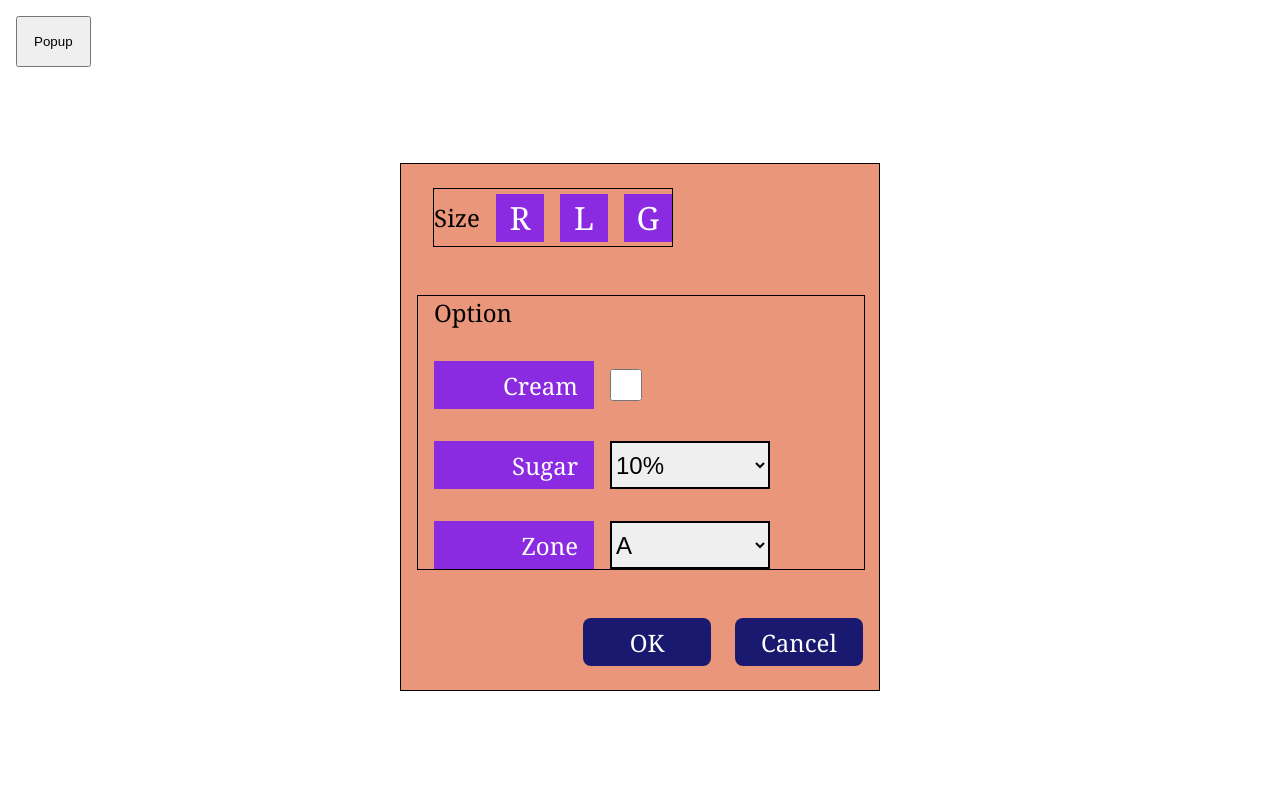
Repository: Dapravith/Midterm-SE-GIC-Cafe-Project-Group16
Page: src/main/resources/templates/PopupDrink.html
The author's editor kept a copy of each file at every save. The page is drawn from the files as they stood at one save, then again after the next save.
The browser window is 1280 px wide. The pictures show the whole page.
Some web fonts or font styles are not loaded; a fallback is used.

Above is the page before, as saved 2023-05-12 14:49:28.

### src/main/resources/templates/PopupDrink.html
<!DOCTYPE html>
<html lang="en">
  <head>
    <meta charset="UTF-8" />
    <meta http-equiv="X-UA-Compatible" content="IE=edge" />
    <meta name="viewport" content="width=device-width, initial-scale=1.0" />
    <title>Popup Drink</title>
    <style>
      @import url("https://fonts.googleapis.com/css2?family=Rubik:wght@300&display=swap");
      * {
        margin: 0;
        padding: 0;
        box-sizing: border-box;
      }

      body {
        font-family: "Georgia", sans-serif;
      }

      button {
        padding: 1rem;
        margin: 1rem 0 0 1rem;
      }

      .main_wrapper {
        height: 100vh;
        display: flex;
        justify-content: center;
        align-items: center;
      }
      .main_wrapper .wrapper_box {
        width: 30rem;
        height: 33rem;
        border: 1px solid black;
        display: flex;
        justify-content: flex-start;
        flex-direction: column;
        background-color: rgb(233, 150, 122);
      }
      .main_wrapper .wrapper_box .size_box {
        width: 15rem;
        height: 8rem;
        margin-top: 1.5rem;
        display: flex;
        justify-content: center;
        align-items: center;
        gap: 1rem;
        border: 1px solid black;
        margin-left: 2rem;
      }
      .main_wrapper .wrapper_box .size_box .size_text {
        font-size: 1.5rem;
      }
      .main_wrapper .wrapper_box .size_box .box {
        width: 3rem;
        height: 3rem;
        background-color: blueviolet;
        display: flex;
        justify-content: center;
        align-items: center;
        font-size: 2rem;
        color: white;
      }
      .main_wrapper .wrapper_box .size_box .box:hover {
        background-color: orange;
      }
      .main_wrapper .wrapper_box .option_box {
        width: 28rem;
        font-size: 1.5rem;
        border: 1px solid black;
        margin-left: 1rem;
        margin-top: 3rem;
        display: flex;
        justify-content: center;
        flex-direction: column;
      }
      .main_wrapper .wrapper_box .option_box .option_text {
        font-size: 1.5rem;
        margin-left: 1rem;
      }
      .main_wrapper .wrapper_box .option_box .box_ {
        width: 10rem;
        height: 3rem;
        background-color: blueviolet;
        color: white;
        display: flex;
        justify-content: flex-end;
        align-items: center;
      }
      .main_wrapper .wrapper_box .option_box .box_ span {
        margin-right: 1rem;
      }
      .main_wrapper .wrapper_box .option_box .row1 {
        margin-left: 1rem;
        display: flex;
        gap: 1rem;
        margin-top: 2rem;
        align-items: center;
      }
      .main_wrapper .wrapper_box .option_box .row1 input {
        width: 2rem;
        height: 3rem;
        border: 2px solid black;
        display: flex;
        align-items: center;
      }
      .main_wrapper .wrapper_box .option_box .row2 {
        display: flex;
        gap: 1rem;
        margin-top: 2rem;
        align-items: center;
        margin-left: 1rem;
      }
      .main_wrapper .wrapper_box .option_box .row2 select {
        width: 10rem;
        height: 3rem;
        border: 2px solid black;
        display: flex;
        justify-content: center;
        align-items: center;
        font-size: 1.5rem;
      }
      .main_wrapper .wrapper_box .option_box .row3 {
        display: flex;
        gap: 1rem;
        margin-top: 2rem;
        align-items: center;
        margin-left: 1rem;
      }
      .main_wrapper .wrapper_box .option_box .row3 select {
        width: 10rem;
        height: 3rem;
        border: 2px solid black;
        display: flex;
        justify-content: center;
        align-items: center;
        font-size: 1.5rem;
      }
      .main_wrapper .wrapper_box .button {
        display: flex;
        justify-content: flex-end;
        gap: 1.5rem;
        margin-top: 3rem;
        margin-right: 1rem;
        margin-bottom: 1.5rem;
      }
      .main_wrapper .wrapper_box .button .ok_button {
        width: 8rem;
        height: 3rem;
        font-size: 1.5rem;
        color: white;
        background-color: rgb(25, 25, 112);
        display: flex;
        justify-content: center;
        align-items: center;
        border-radius: 8px;
        transition: 1s;
      }
      .main_wrapper .wrapper_box .button .ok_button:hover {
        transform: scale(1.1);
        color: yellow;
      }
      .main_wrapper .wrapper_box .button .cancel_button {
        width: 8rem;
        height: 3rem;
        font-size: 1.5rem;
        color: white;
        background-color: rgb(25, 25, 112);
        display: flex;
        justify-content: center;
        align-items: center;
        border-radius: 8px;
        transition: 1s;
      }
      .main_wrapper .wrapper_box .button .cancel_button:hover {
        transform: scale(1.1);
        color: yellow;
      }
    </style>
  </head>
  <body>
    <button>Popup</button>
    <div class="main_wrapper">
      <div class="wrapper_box">
        <div class="size_box">
          <div class="size_text">
            <span>Size</span>
          </div>
          <div class="box R">
            <span>R</span>
          </div>
          <div class="box L">
            <span>L</span>
          </div>
          <div class="box G">
            <span>G</span>
          </div>
        </div>
        <div class="option_box">
          <div class="option_text">
            <span>Option</span>
          </div>
          <div class="row1">
            <div class="box_ cream">
              <span>Cream</span>
            </div>
            <div class="box_tick">
              <input type="checkbox" />
            </div>
          </div>
          <div class="row2">
            <div class="box_ sugar">
              <span>Sugar</span>
            </div>
            <!-- <label for="sugar"></label> -->
            <select name="sugar" id="">
              <option value="">10%</option>
              <option value="">20%</option>
              <option value="">30%</option>
              <option value="">40%</option>
              <option value="">50%</option>
              <option value="">60%</option>
              <option value="">70%</option>
              <option value="">80%</option>
              <option value="">90%</option>
              <option value="">100%</option>
            </select>
          </div>
          <div class="row3">
            <div class="box_ zone">
              <span>Zone</span>
            </div>
            <select name="Zone" id="">
              <option value="">A</option>
              <option value="">B</option>
              <option value="">C</option>
              <option value="">D</option>
              <option value="">E</option>
              <option value="">F</option>
            </select>
          </div>
        </div>
        <div class="button">
          <div class="ok_button">
            <span>OK</span>
          </div>
          <div class="cancel_button">
            <span>Cancel</span>
          </div>
        </div>
      </div>
    </div>
  </body>
</html>

After the next save:
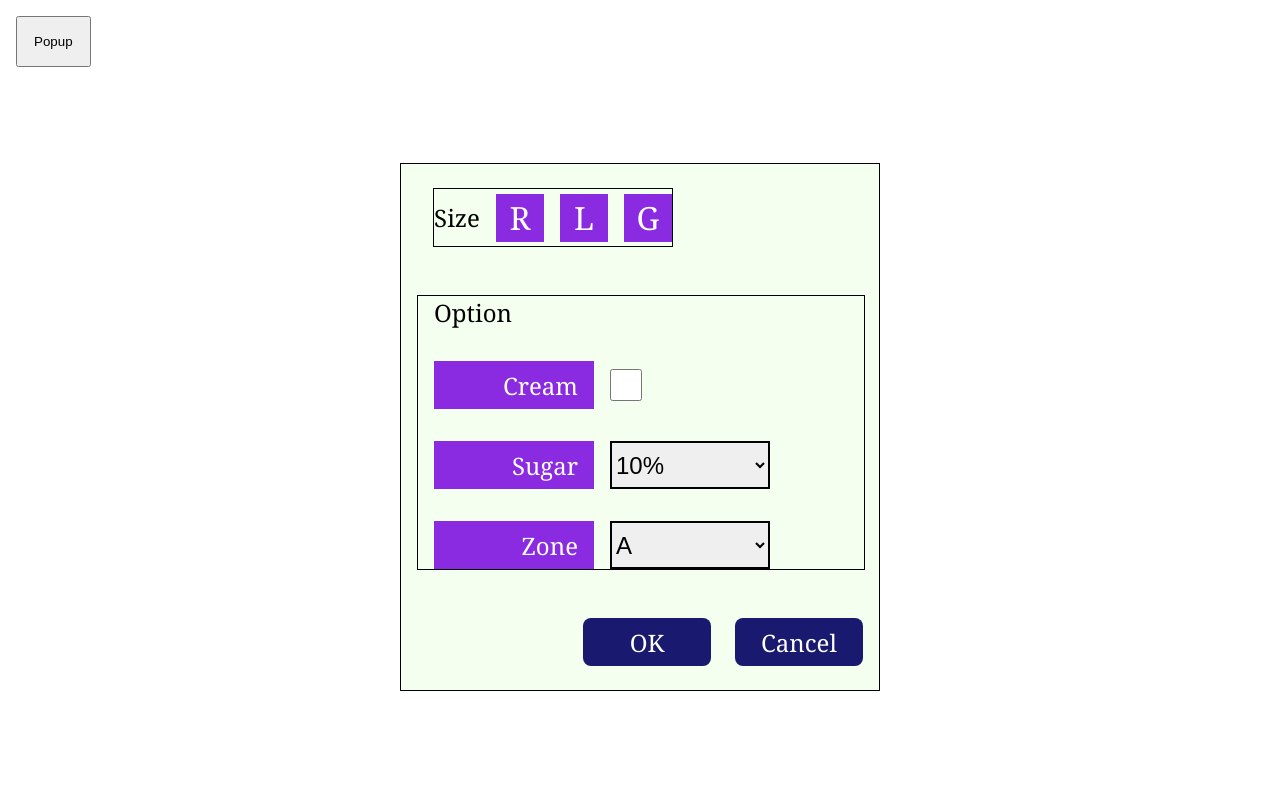
Saved 40 s later.
--- a/src/main/resources/templates/PopupDrink.html
+++ b/src/main/resources/templates/PopupDrink.html
@@ -6,7 +6,7 @@
     <meta name="viewport" content="width=device-width, initial-scale=1.0" />
     <title>Popup Drink</title>
     <style>
-      @import url("https://fonts.googleapis.com/css2?family=Rubik:wght@300&display=swap");
+      @import url("https://fonts.googleapis.com/css2?family=Georgia:wght@300&display=swap");
       * {
         margin: 0;
         padding: 0;
@@ -35,7 +35,7 @@
         display: flex;
         justify-content: flex-start;
         flex-direction: column;
-        background-color: rgb(233, 150, 122);
+        background-color: rgb(245, 257, 239);
       }
       .main_wrapper .wrapper_box .size_box {
         width: 15rem;
